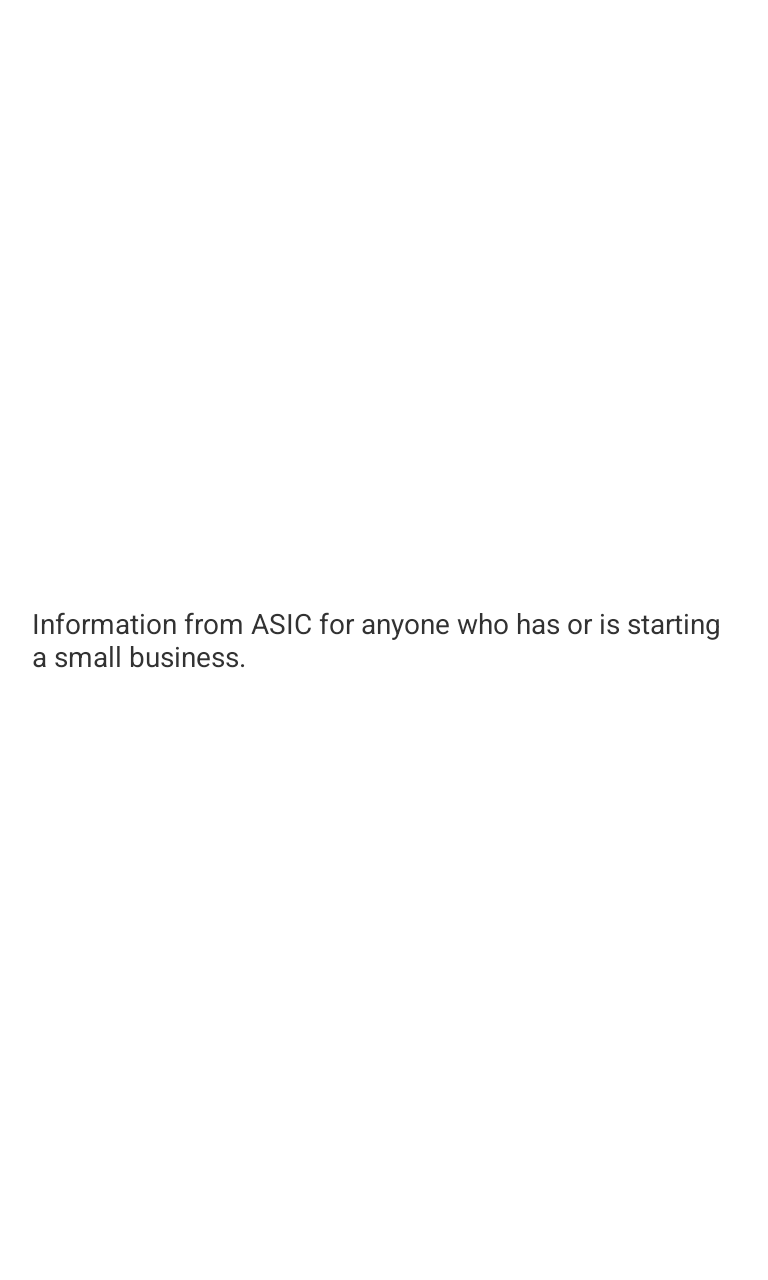
Repository: nrodofile/brokenCoconutDreams
Layout: ASIC_Small_Busnesss/res/layout/activity_about.xml
The author's editor kept a copy of each file at every save. The layout is drawn from the files as they stood at one save, then again after the next save.
It is drawn on a 768 x 1280 px phone screen (xhdpi) without system bars, with theme AppTheme; the app's code is not run.

Above is the layout before, as saved 2013-11-24 09:11:09.

After the next save:
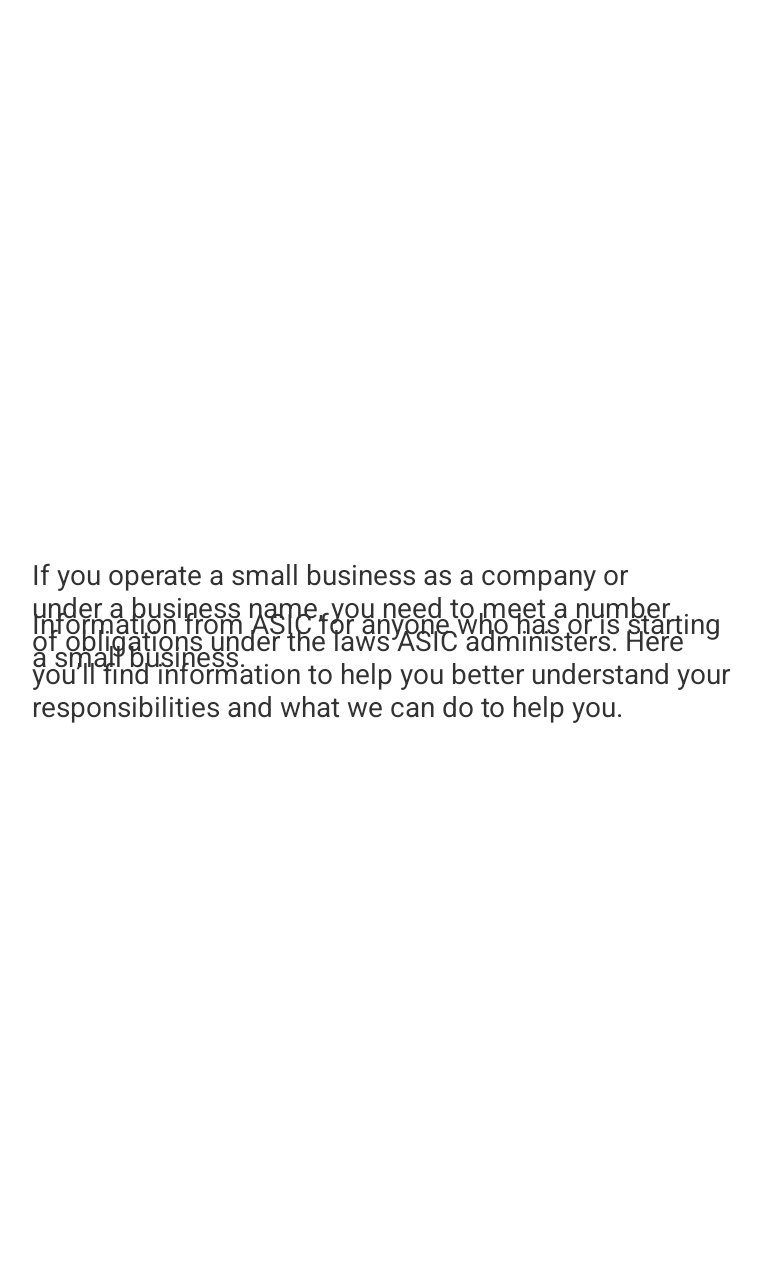
Saved 86 s later.
--- a/ASIC_Small_Busnesss/res/layout/activity_about.xml
+++ b/ASIC_Small_Busnesss/res/layout/activity_about.xml
@@ -15,4 +15,11 @@
         android:layout_centerVertical="true"
         android:text="@string/about_information" />
 
+    <TextView
+        android:layout_width="wrap_content"
+        android:layout_height="wrap_content"
+        android:layout_centerHorizontal="true"
+        android:layout_centerVertical="true"
+        android:text="@string/about_information_2" />
+
 </RelativeLayout>
